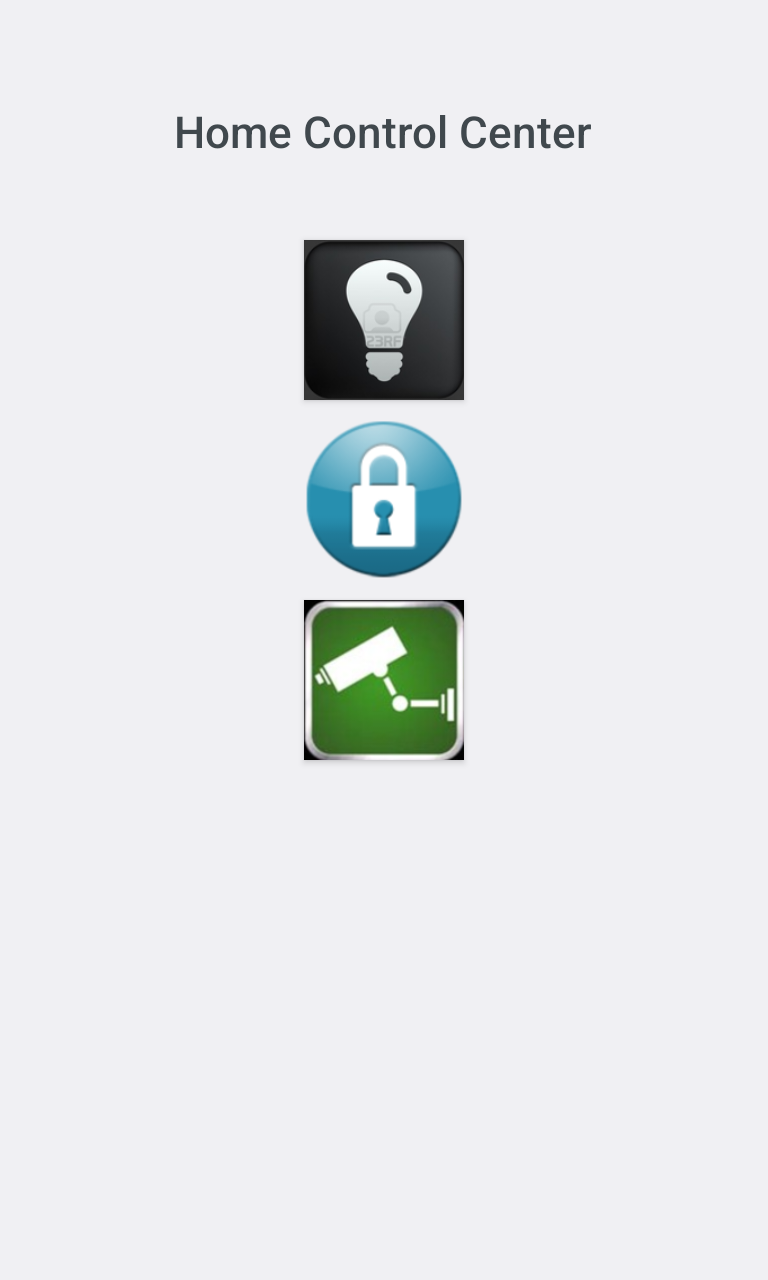
Repository: Teketel/hujeManiita
Layout: workspace/android/Besso/res/layout/center_activity.xml
These files come from the project's save history. The layout is drawn as it stood at one moment and after the next save; the edit follows.
It is drawn on a 768 x 1280 px phone screen (xhdpi) without system bars, with theme AppTheme; the app's code is not run.

Above is the layout before, as saved 2013-05-22 12:34:09.

### workspace/android/Besso/res/layout/center_activity.xml
<?xml version="1.0" encoding="utf-8"?>
<LinearLayout xmlns:android="http://schemas.android.com/apk/res/android"
    android:layout_width="fill_parent"
    android:layout_height="wrap_content"
    android:orientation="vertical" >

    <TextView
        android:id="@+id/noConntextView3"
        android:layout_width="fill_parent"
        android:layout_height="wrap_content"
        android:gravity="center"
        android:paddingBottom="10dp"
        android:text="No connection!! Unable to get Status."
        android:textAppearance="?android:attr/textAppearanceLarge"
        android:textColor="@android:color/holo_red_light"
        android:textSize="15dp"
        android:visibility="invisible" />

    <LinearLayout
        android:layout_width="match_parent"
        android:layout_height="match_parent"
        android:orientation="vertical"
        android:padding="20dp" >

        <TextView
            android:id="@+id/textView1"
            android:layout_width="wrap_content"
            android:layout_height="wrap_content"
            android:layout_gravity="center_horizontal"
            android:text="Home Control Center"
            android:textAppearance="?android:attr/textAppearanceMedium"
            android:textSize="22dp" />

        <Button
            android:id="@+id/Lights"
            android:layout_width="80dp"
            android:layout_height="80dp"
            android:layout_gravity="center_horizontal"
            android:layout_marginTop="40dp"
            android:background="@drawable/light" />

        <!-- android:background="@color/txtClr" -->

        <Button
            android:id="@+id/Door"
            android:layout_width="80dp"
            android:layout_height="80dp"
            android:layout_gravity="center_horizontal"
            android:layout_marginTop="10dp"
            android:background="@drawable/door" />

        <!-- android:background="@color/txtClr" -->

        <Button
            android:id="@+id/Camera"
            android:layout_width="80dp"
            android:layout_height="80dp"
            android:layout_gravity="center_horizontal"
            android:layout_marginTop="10dp"
            android:background="@drawable/video" />

        <!-- android:background="@color/txtClr" -->
    </LinearLayout>

</LinearLayout>

### workspace/android/Besso/res/values/colors.xml
<?xml version="1.0" encoding="utf-8"?>
<resources>
    <color name="txtClr">#FFFFFF</color>
    <color name="mygray">#FFFFFF</color>

</resources>

Loaded but not shown: workspace/android/Besso/res/values/styles.xml (common file); workspace/android/Besso/res/values-v11/styles.xml (common file)

After the next save:
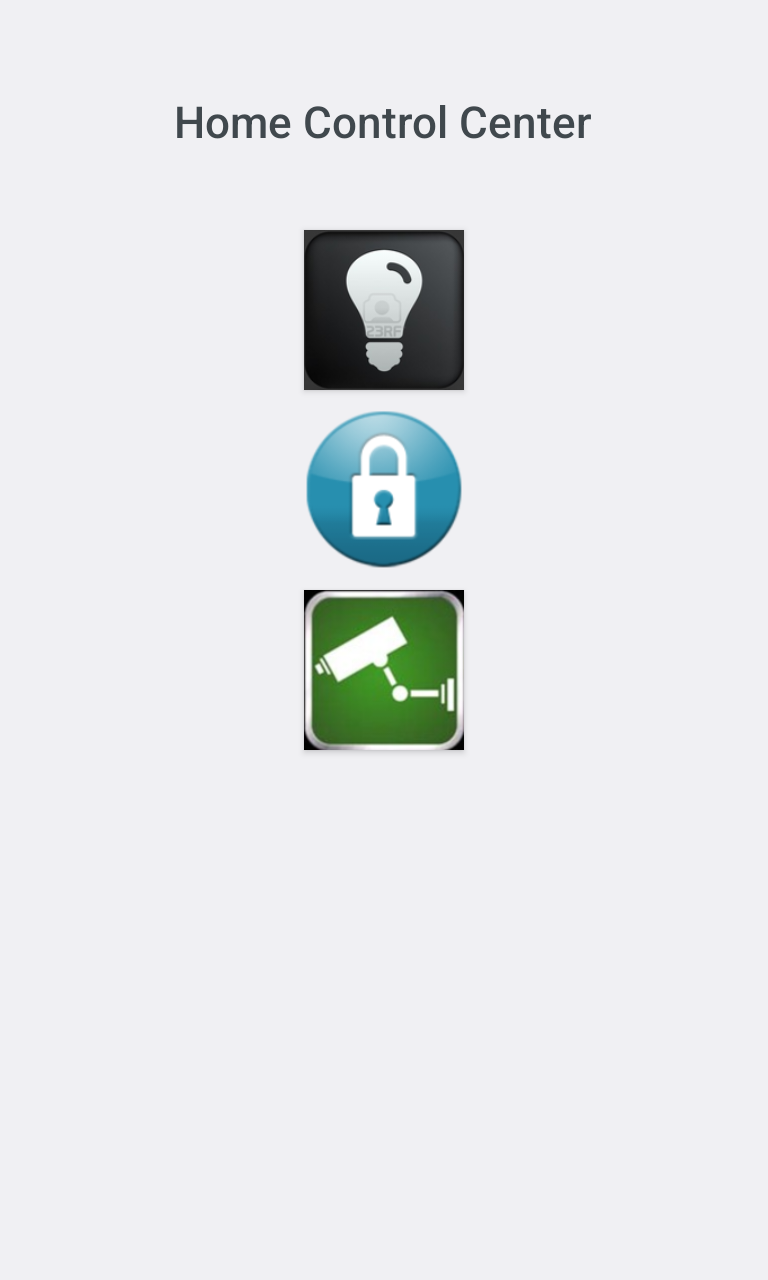
Saved 46 s later.
--- a/workspace/android/Besso/res/layout/center_activity.xml
+++ b/workspace/android/Besso/res/layout/center_activity.xml
@@ -9,7 +9,7 @@
         android:layout_width="fill_parent"
         android:layout_height="wrap_content"
         android:gravity="center"
-        android:paddingBottom="10dp"
+        android:paddingBottom="5dp"
         android:text="No connection!! Unable to get Status."
         android:textAppearance="?android:attr/textAppearanceLarge"
         android:textColor="@android:color/holo_red_light"
